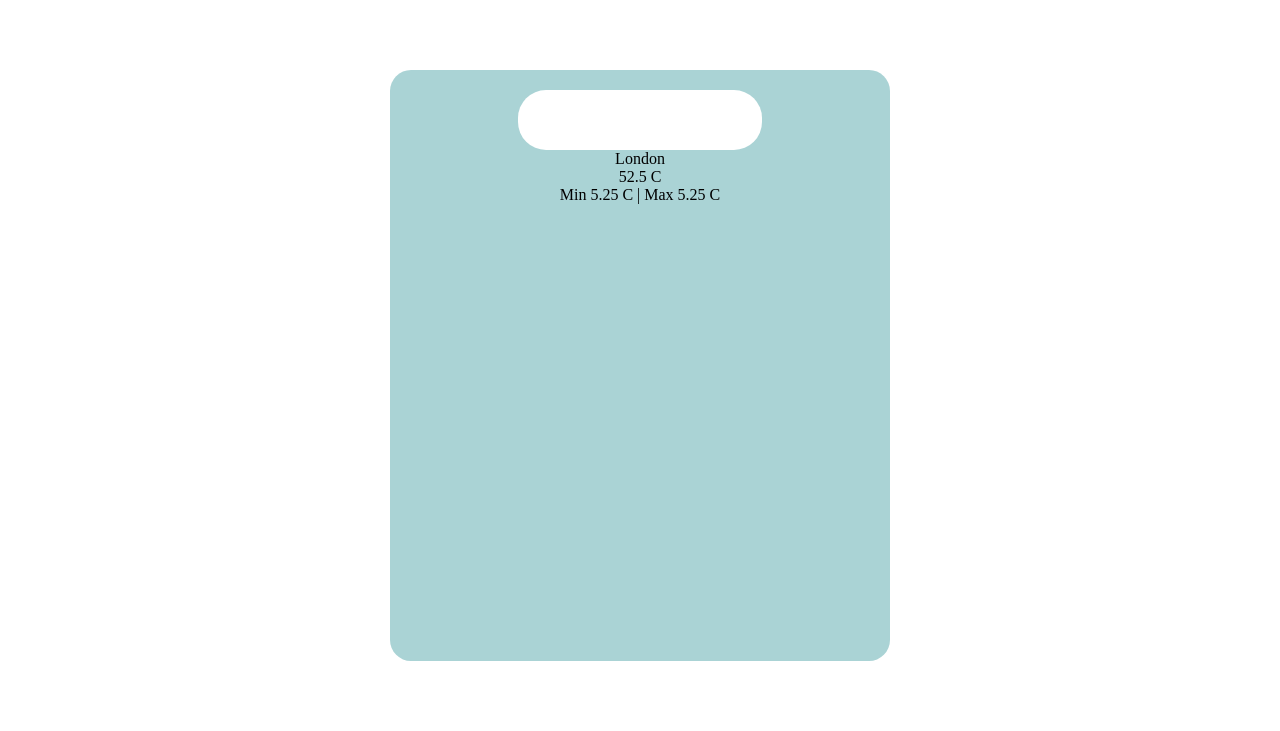
Repository: WajihaGul/Weather-App
Page: /
An editor plug-in stored every save of this project. The page is shown before and after the next save, followed by the edit.
The browser window is 1280 px wide. The pictures show the whole page.
The project was rebuilt for these pictures with package versions that can differ from the ones it lists, and the page was loaded fresh each time. Also part of the build but not shown: src/index.css.

Above is the page before, as saved 2024-05-29 18:09:18.

After the next save:
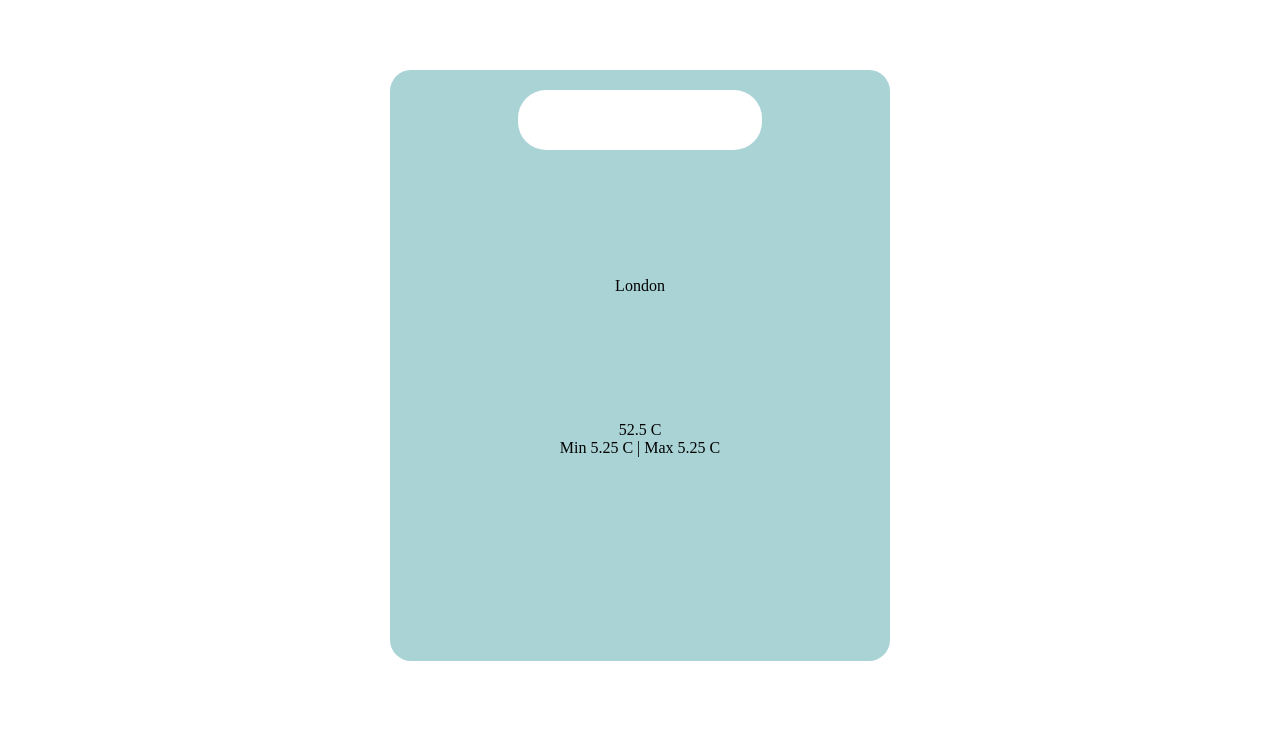
Saved 5 min 8 s later.
--- a/src/Components/Weather/Weather.module.css
+++ b/src/Components/Weather/Weather.module.css
@@ -17,3 +17,10 @@
     border: none;
     border-radius: 28px;
 }
+.city{
+        padding-left: 50px;
+    padding-right: 50px;
+    padding-top: 126px;
+    padding-bottom: 126px;
+    font-family: emoji;
+}
